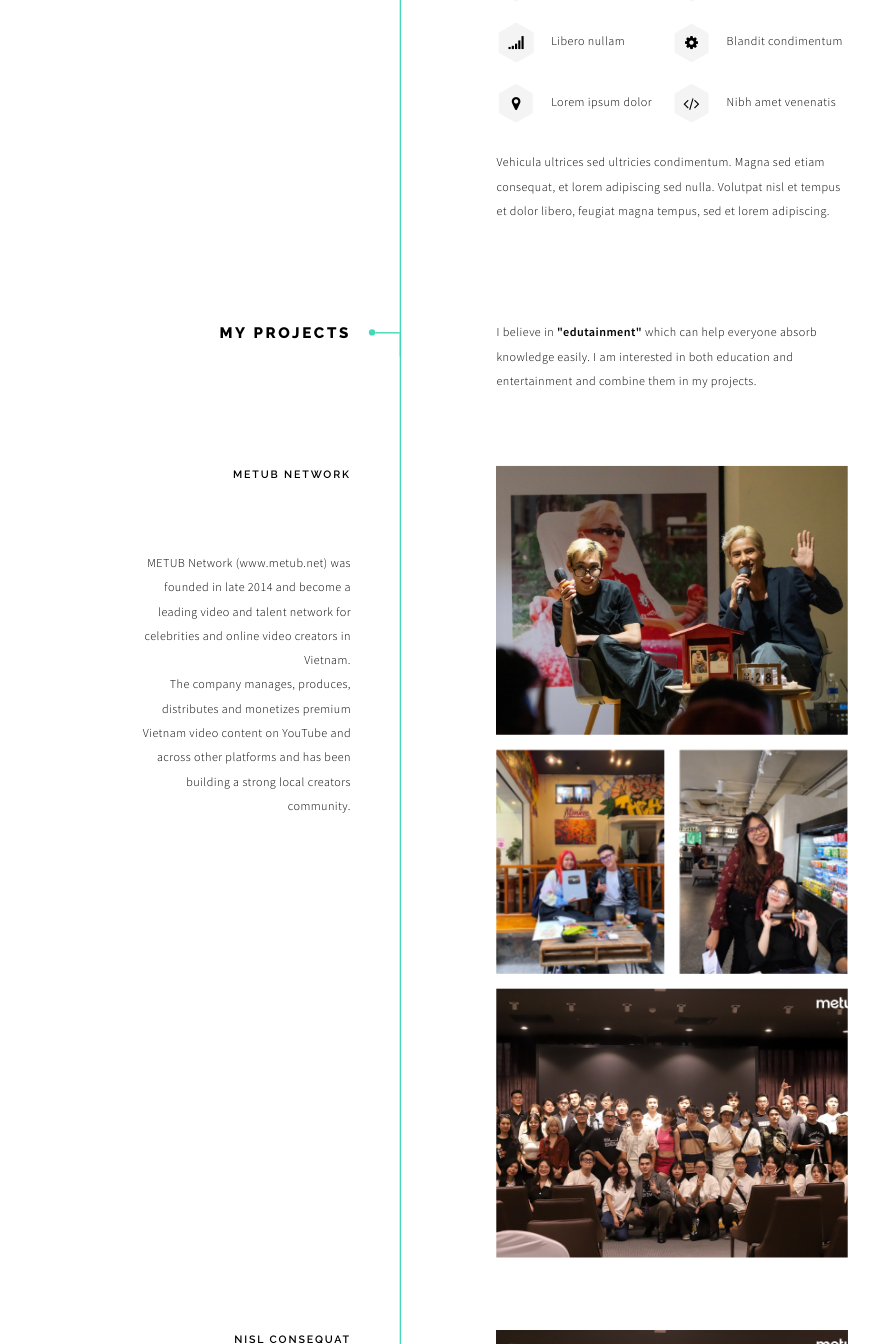
Repository: leonardin999/linh-porfolios
Page: index.html
These files come from the project's save history. The page is drawn as it stood at one moment and after the next save; the edit follows.
The browser window is 1280 px wide. The pictures show the part of the page from y = 3079 to 4999 px (the page is 7878 px tall), at 70% of full size.

Above is the page before, as saved 2023-01-24 20:39:39.

After the next save:
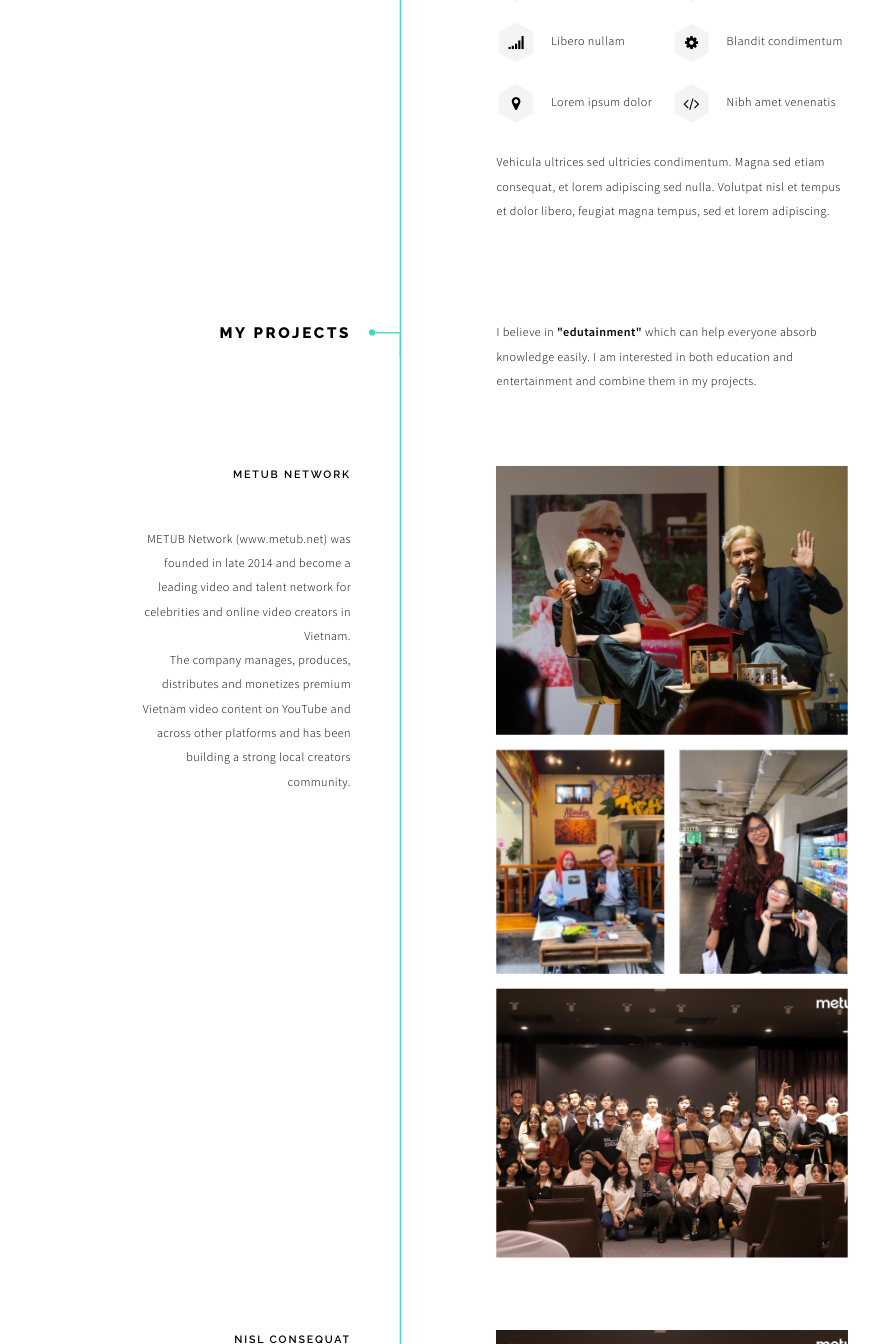
Saved 4 s later.
--- a/index.html
+++ b/index.html
@@ -130,9 +130,9 @@
           <section>
             <header>
               <h3>metub  network</h3>
-              <br>
+              <p>
                 <br>METUB Network (www.metub.net) was founded in late 2014 and become a leading video and talent network for celebrities and online video creators in Vietnam.
-                <br>The company manages, produces, distributes and monetizes premium Vietnam video content on YouTube and across other platforms and has been building a strong local creators community.</br>
+                <br>The company manages, produces, distributes and monetizes premium Vietnam video content on YouTube and across other platforms and has been building a strong local creators community.</p>
               </p>
             </header>
             <div class="content">
